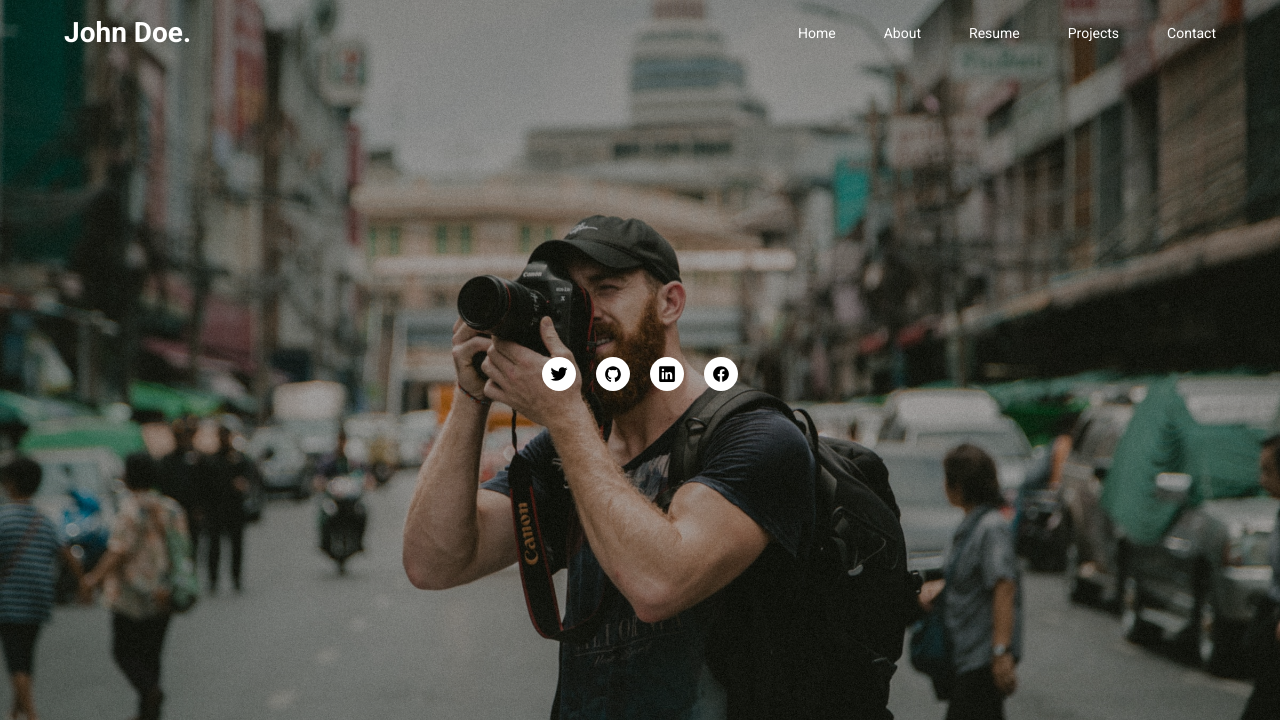
Repository: DevAntonioRogers/portfolio-tutorial
Page: index.html
An editor plug-in stored every save of this project. The page is shown before and after the next save, followed by the edit.
The browser window is 1280 px wide. The pictures show the whole page.

Above is the page before, as saved 2023-10-31 23:15:04.

After the next save:
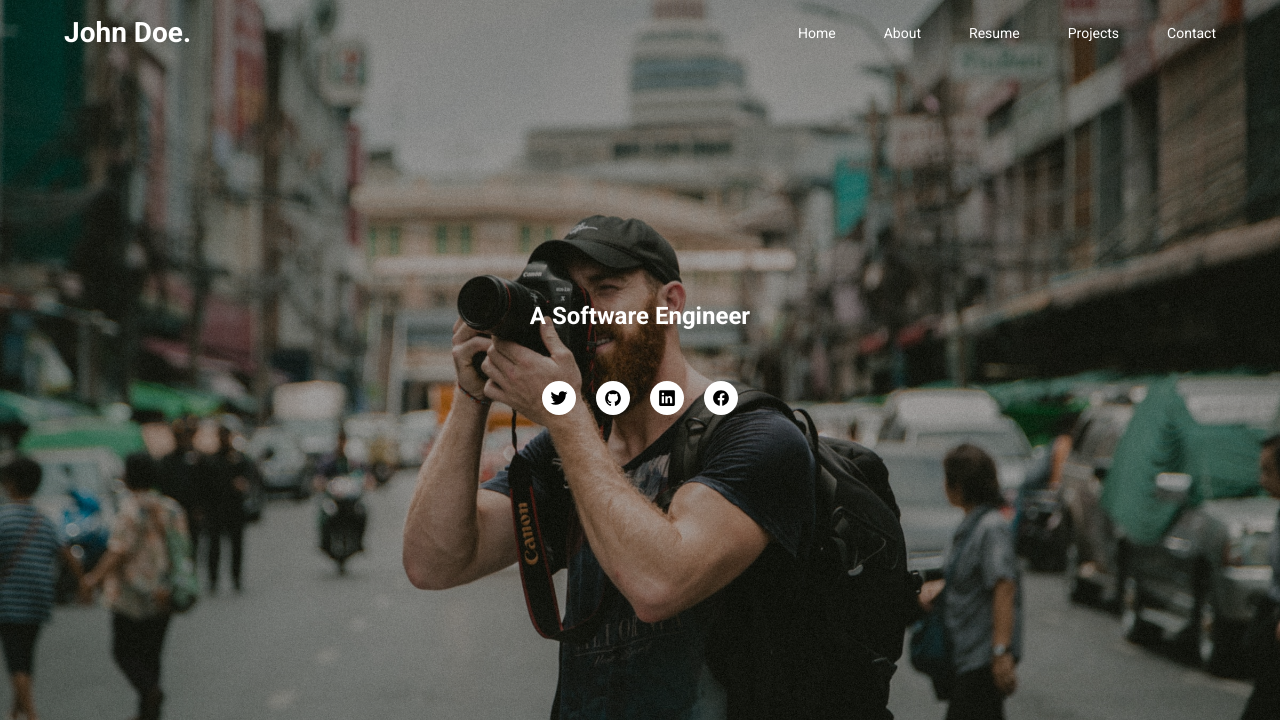
Saved 3 min 40 s later.
--- a/app.js
+++ b/app.js
@@ -20,3 +20,22 @@
 navLinks.forEach((link) => {
   link.addEventListener('click', closeMenu)
 })
+
+//TYPING DELETING TEXT
+function initTypedText() {
+  const options = {
+    strings: [
+      "Hello, I'm John Doe",
+      "A Software Engineer",
+      "From New York",
+    ],
+    typeSpeed: 50,
+    backSpeed: 30,
+    backDelay: 1000,
+    startDelay: 500,
+    loop: true,
+  }
+  const typed = new Typed("#typed-text", options)
+}
+
+initTypedText()
